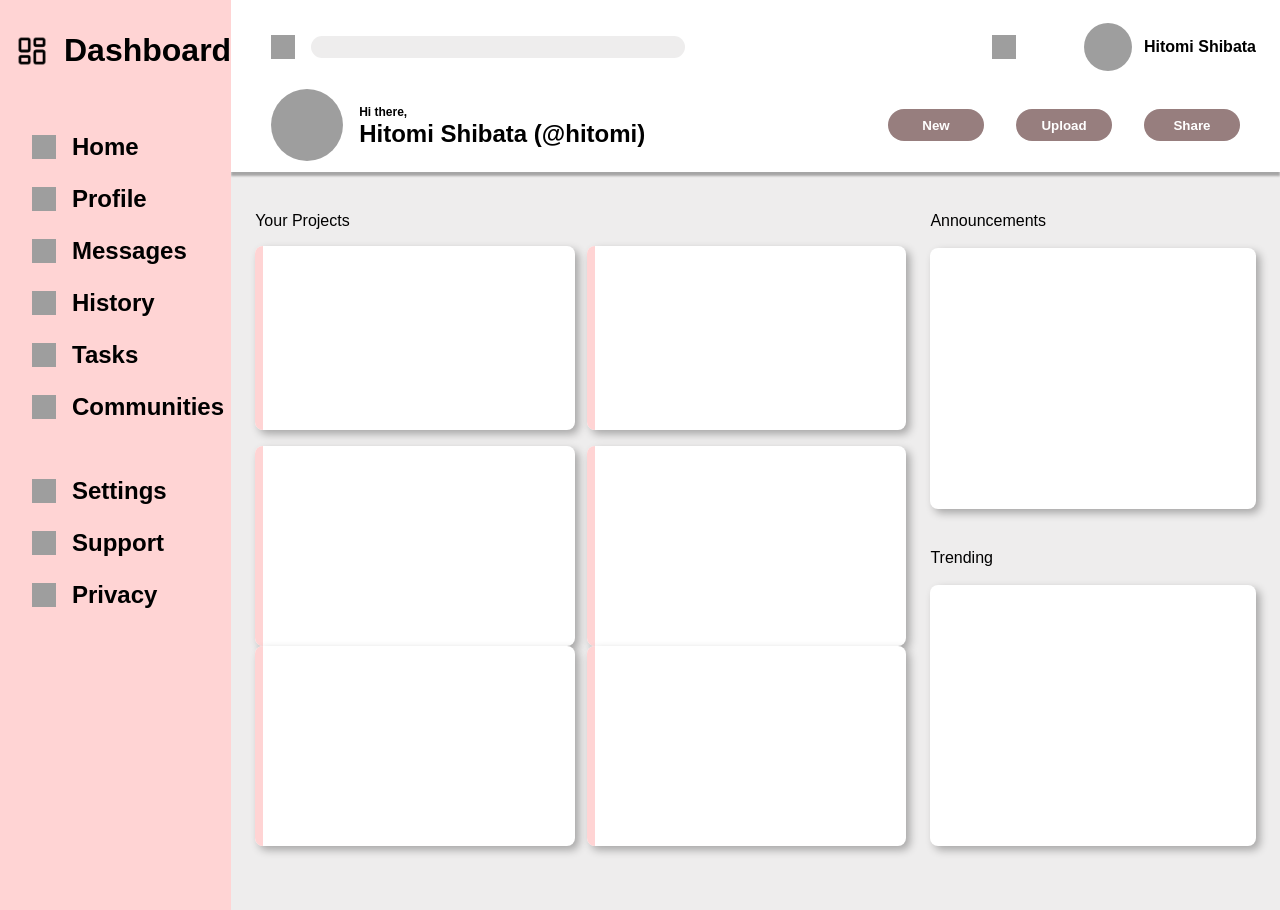
Repository: yeetzpxoci/dashboard
Page: index.html
An editor plug-in stored every save of this project. The page is shown before and after the next save, followed by the edit.
The browser window is 1280 px wide. The pictures show the whole page.
Pictures or frames that could not be fetched are drawn as grey boxes.

Above is the page before, as saved 2023-02-19 13:28:26.

### index.html
<!DOCTYPE html>
<html lang="en">
<head>
    <meta charset="UTF-8">
    <meta http-equiv="X-UA-Compatible" content="IE=edge">
    <meta name="viewport" content="width=device-width, initial-scale=1.0">
    <link rel="stylesheet" type="text/css" href="styles.css" />
    <title>Dashboard</title>
</head>
<body>
    <div class="sidebar">
        <div class="logo">
            <img src="dashboard-layout.png">
            <p>Dashboard</p>
        </div>

        <div class="icon-container1">
            <div class="icon">
                <img src="https://cdn-icons-png.flaticon.com/512/25/25694.png">
                <p>Home</p>
            </div>

            <div class="icon">
                <img src="https://cdn-icons-png.flaticon.com/512/6522/6522516.png">
                <p>Profile</p>
            </div>

            <div class="icon">
                <img src="https://cdn-icons-png.flaticon.com/512/739/739286.png">
                <p>Messages</p>
            </div>

            <div class="icon">
                <img src="https://cdn-icons-png.flaticon.com/512/32/32223.png">
                <p>History</p>
            </div>

            <div class="icon">
                <img src="https://www.svgrepo.com/show/79174/task-list.svg">
                <p>Tasks</p>
            </div>

            <div class="icon">
                <img src="https://icons.veryicon.com/png/o/business/classic-icon/community-12.png">
                <p>Communities</p>
            </div>
        </div>

        <div class="icon-container2">
            <div class="icon">
                <img src="https://cdn-icons-png.flaticon.com/512/126/126472.png">
                <p>Settings</p>
            </div>

            <div class="icon">
                <img src="https://upload.wikimedia.org/wikipedia/commons/thumb/1/17/FAQ_icon_%28Noun_like%29.svg/1255px-FAQ_icon_%28Noun_like%29.svg.png">
                <p>Support</p>
            </div>

            <div class="icon">
                <img src="https://cdn-icons-png.flaticon.com/512/4104/4104794.png">
                <p>Privacy</p>
            </div>
        </div>
    </div>

    <div class="header">
        <div class="search">
            <img src="https://cdn-icons-png.flaticon.com/512/3917/3917754.png">
            <input class="search-bar">
        </div>

        <img class="notification_icon" src="https://cdn-icons-png.flaticon.com/512/565/565422.png">

        <div class="profile-pic">
        </div>

        <p>Hitomi Shibata</p>

        <div class="user-info">
            <div class="profile-pic">
            </div>
            <p id="losinfo">
                <span style="font-size:12px;">Hi there,</span>
                <br>
                <span style="font-size:24px;">Hitomi Shibata (@hitomi)</span>
            </p>
        </div>
        <button>New</button>
        <button>Upload</button>
        <button>Share</button>
    </div>
    <div class="main-content">
        <div class="projects">
            <p>Your Projects</p>
            <p></p>

            <div class="project">
                <div class="line">
                </div>
            </div>

            <div class="project">
                <div class="line">
                </div>
            </div>

            <div class="project">
                <div class="line">
                </div>
            </div>

            <div class="project">
                <div class="line">
                </div>
            </div>

            <div class="project">
                <div class="line">
                </div>
            </div>

            <div class="project">
                <div class="line">
                </div>
            </div>
        </div>
        <div class="announcements-container">
            <p>Announcements</p>
            <div class="announcements">

            </div>
        </div>
        <div class="trending-container">
            <p>Trending</p>
            <div class="trending">

            </div>
        </div>
    </div>
</body>
</html>

### styles.css
html,
body {
    margin: 0;
    padding: 0;
    height: 100%;
}

body {
    min-height: 100vh;
    display: grid;
    grid-template-columns: 1fr 5fr;
    grid-template-rows: 1fr 4fr;
    font-family: Arial, Helvetica, sans-serif;
}

.sidebar {
    background-color: #FFD4D4;
    grid-column: 1 / 2;
    grid-row: 1 / 3;
    display: grid;
    grid-template-rows: 0.75fr 2fr 1fr 2fr;
    padding-left: 16px;
    gap: 32px;
    z-index: 2;
}

.icon-container1 {
    display: flex;
    flex-direction: column;
}

.icon-container2 {
    display: flex;
    flex-direction: column;
}

.logo, .icon {
    display: flex;
    align-items: center;
    font-weight: bold;
    gap: 16px;
}

.logo {
    font-size: 32px;
    align-self: baseline;
}

.icon {
    margin-top: -24px;
    font-size: 24px;
    margin-left: 16px;
}

.logo img {
    width: 32px;
    height: 32px;
}

.icon img {
    width: 24px;
    height: 24px;
}


.header {
    background-color: white;
    grid-column: 2 / 3;
    grid-row: 1 / 2;
    display: grid;
    grid-template-columns: 13fr 1fr 1fr 2fr;
    grid-template-rows: 1fr 1fr;
    padding-right: 24px;
    box-shadow: 0px 4px 2px rgb(0, 0, 0, 0.3);
    z-index: 1;
    padding: 8px;
}

.search {
    display: flex;
    justify-content: flex-start;
    align-items: center;
    gap: 16px;
    margin-left: 32px;
}

.search img{
    width: 24px;
    height: 24px;
}

.search input {
    width: 60%;
    border-radius: 12px;
    border-width: 0px;
    background-color: #eeeded;
    height: 25%;
}

.notification_icon {
    width: 24px;
    height: 24px;
    align-self: center;
    justify-self: end;
}

.profile-pic {
    border-radius: 50%;
    background-image: url("https://i.pinimg.com/originals/49/c0/e8/49c0e871fbe0be71396aa94fe1d93ddc.jpg");
    background-position: center;
    background-size: cover;
    background-repeat: no-repeat;
    overflow: hidden;
}

.header > .profile-pic {
    width: 48px;
    height: 48px;
    align-self: center;
    justify-self: end;
    margin-right: 12px;
}

.user-info {
    display: flex;
    gap: 16px;
}

.user-info > .profile-pic {
    width: 72px;
    height: 72px;
    margin-left: 32px;
    align-self: center;
}

.header p {
    align-self: center;
    font-weight: bolder;
    justify-self: baseline;
}

button {
    height: 40%;
    width: 96px;
    align-self: center;
    justify-self: baseline;
    background-color: #977e7e;
    border-radius: 24px;
    border-width: 0px;
    color: white;
    margin-right: 32px;
    font-weight: bold;
}

.main-content {
    background-color: #eeeded;
    grid-column: 2 / 3;
    grid-row: 2 / 3;
    padding-left: 24px;
    padding-right: 24px;
    padding-top: 24px;
    padding-bottom: 64px;
    display: grid;
    grid-template-columns: 2fr 1fr;
    grid-template-rows: 1fr 1fr     ;
    gap: 24px;
}

.projects {
    width: 100%;
    display: grid;
    grid-template-columns: repeat(2, 1fr);
    grid-template-rows: 1fr 4fr 4fr 4fr;
    grid-gap: 0px 12px;
    grid-column: 1 / 2;
    grid-row: 1 / 3;
}

.project {
    background-color: white;
    border-radius: 8px;
    box-shadow: 4px 4px 8px rgb(0, 0, 0, 0.3);
    overflow: hidden;
}

.project:nth-child(1), .project:nth-child(2), .project:nth-child(3), .project:nth-child(4) {
    margin-bottom: 16px;
}


.announcements-container {
    width: 100%;
    height: 100%;
    display: grid;
    grid-template-rows: 1fr 5fr;
    grid-row: 1 / 2;
}

.announcements {
    width: 100%;
    height: 100%;
    background-color: white;
    border-radius: 8px;
    box-shadow: 4px 4px 8px rgb(0, 0, 0, 0.3);
    display: grid;
    grid-template-rows: 1fr 1fr 1fr;
}

.trending-container {
    width: 100%;
    height: 100%;
    display: grid;
    grid-row: 2 / 3;
    grid-template-rows: 1fr 5fr;
}

.trending {
    width: 100%;
    height: 100%;
    display: grid;
    grid-template-rows: 1fr 1fr 1fr;
    background-color: white;
    border-radius: 8px;
    box-shadow: 4px 4px 8px rgb(0, 0, 0, 0.3);
    grid-template-rows: 1fr 1fr 1fr 1fr;
}

.line {
    background-color: #FFD4D4;
    width: 2.5%;
    height: 100%;
}

After the next save:
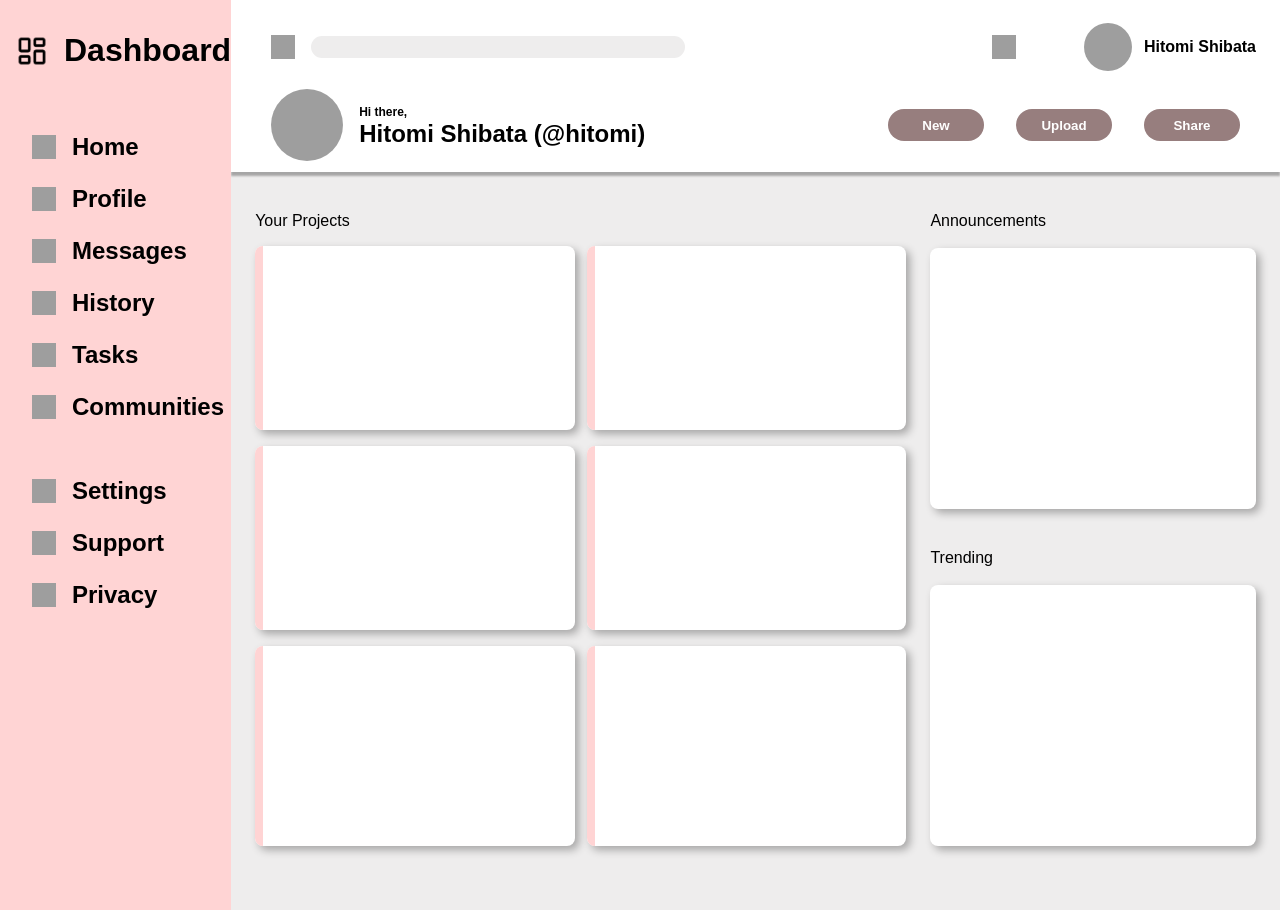
Saved 39 s later.
--- a/styles.css
+++ b/styles.css
@@ -183,7 +183,9 @@ button {
     overflow: hidden;
 }
 
-.project:nth-child(1), .project:nth-child(2), .project:nth-child(3), .project:nth-child(4) {
+.project:nth-child(1), .project:nth-child(2),
+.project:nth-child(3), .project:nth-child(4), .project:nth-child(5),
+.project:nth-child(6) {
     margin-bottom: 16px;
 }
 
